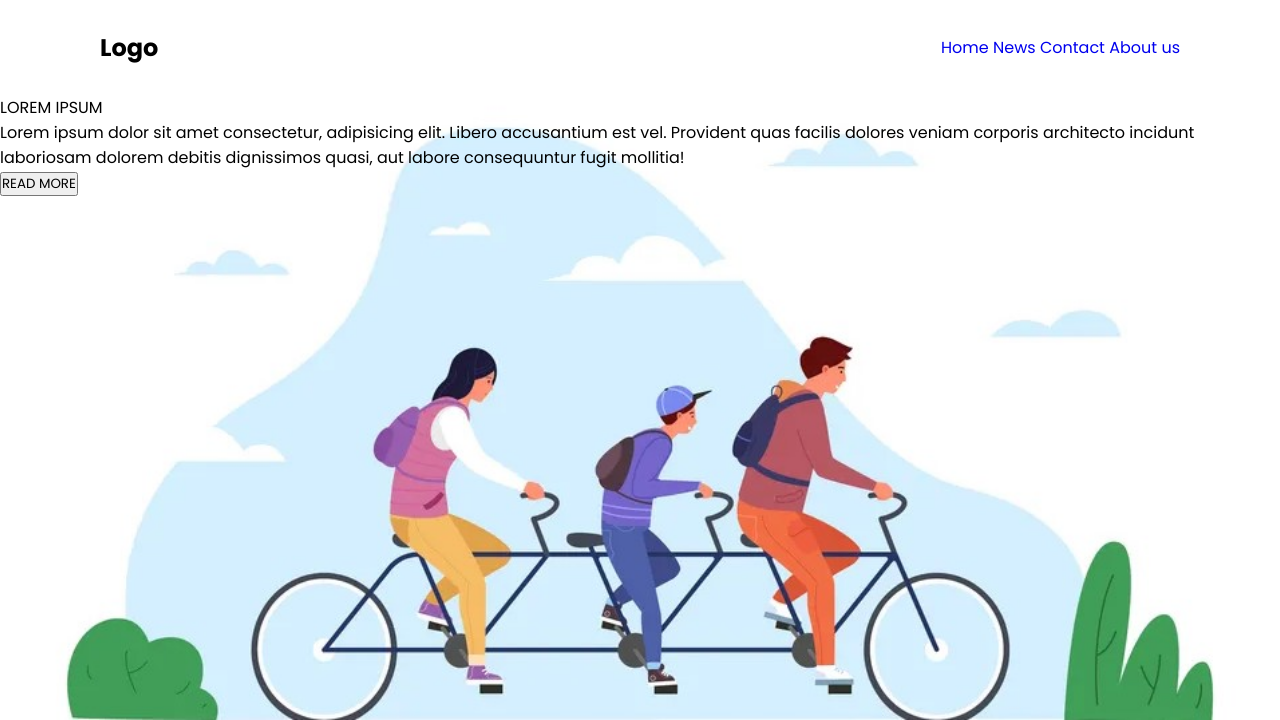
Repository: nganha241/1806
Page: index.html
These files come from the project's save history. The page is drawn as it stood at one moment and after the next save; the edit follows.
The browser window is 1280 px wide. The pictures show the whole page.

Above is the page before, as saved 2022-06-18 15:43:18.

After the next save:
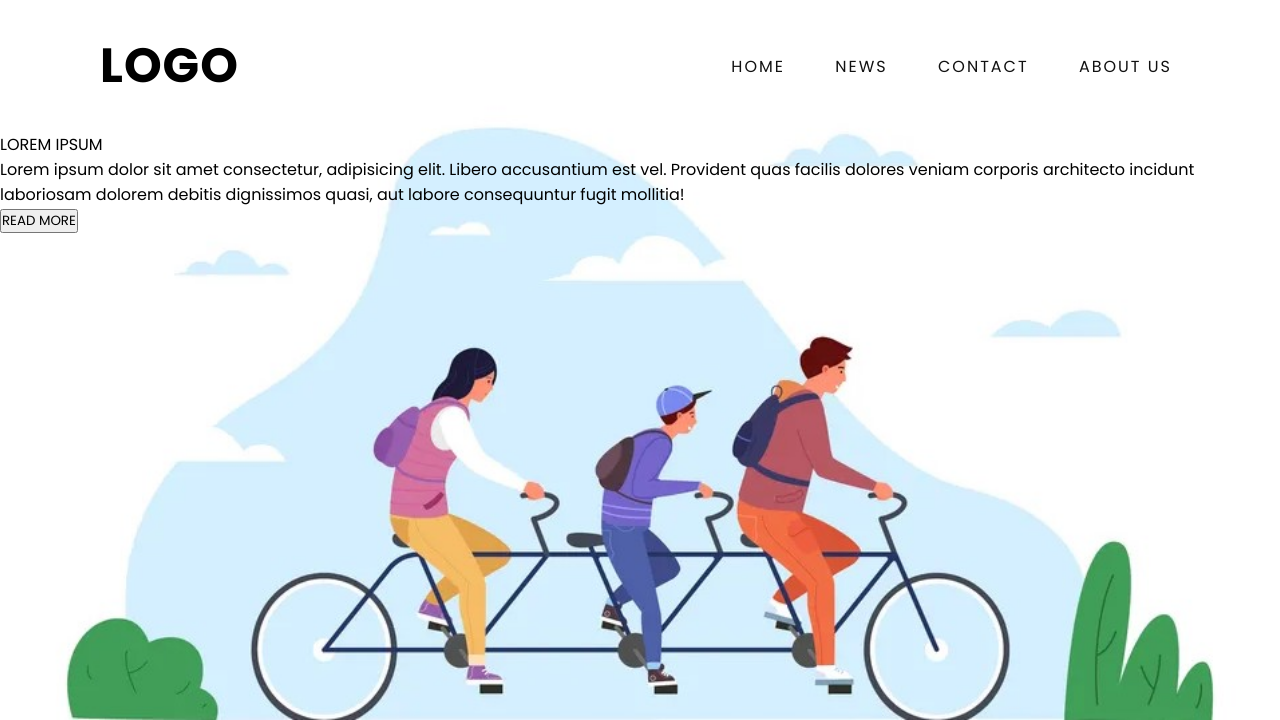
Saved 18 s later.
--- a/style.css
+++ b/style.css
@@ -31,7 +31,7 @@ section header {
     justify-content: space-between;
     align-items: center;
 }
-/*
+
 .logo {
     position: relative;
     font-size: 32px;
@@ -56,4 +56,4 @@ section header {
 
 .navigation a:hover {
     background: rgb(102, 167, 252);
-} */
+}
